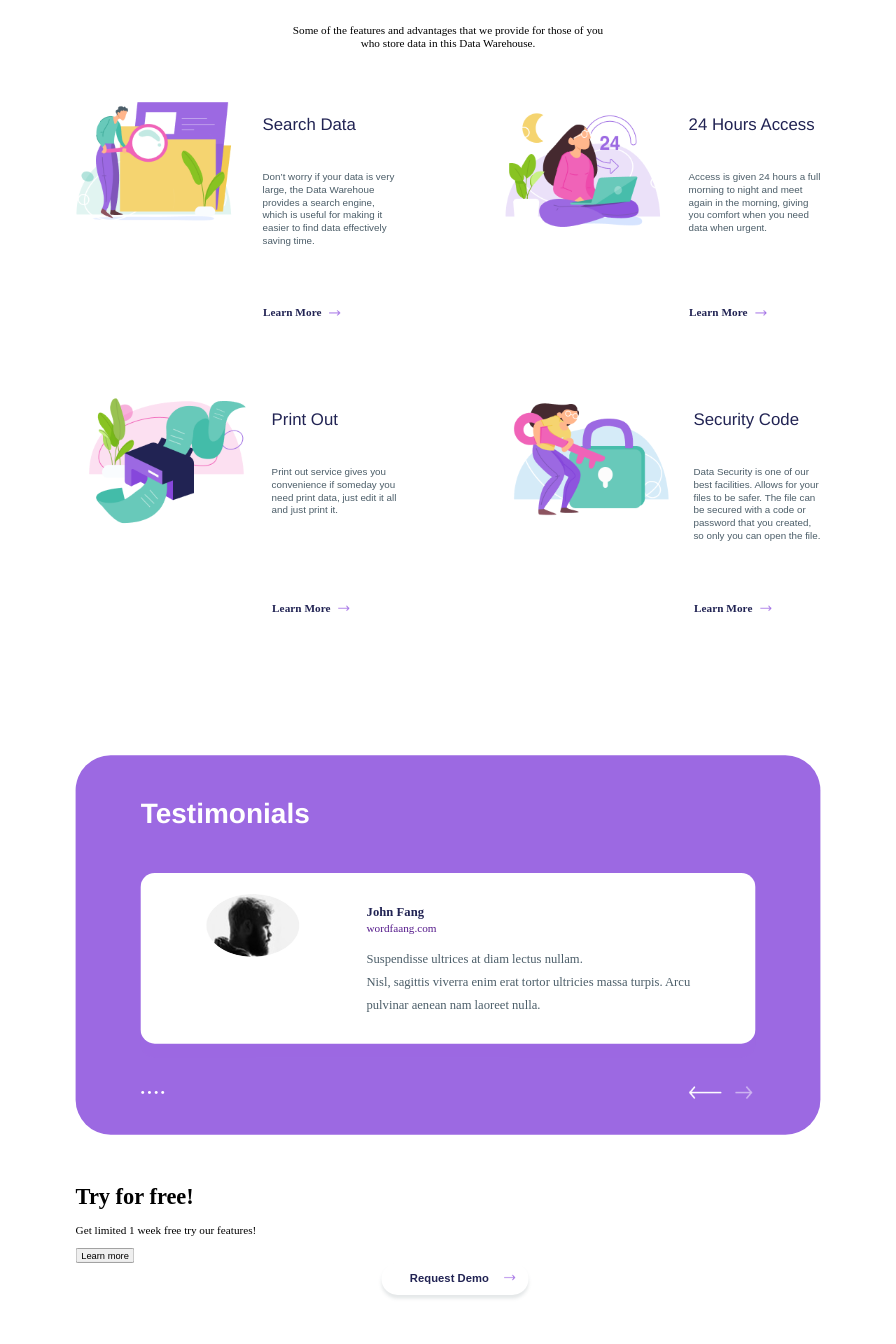
Repository: batonAnton/HW6_flexbox
Page: index.html
These files come from the project's save history. The page is drawn as it stood at one moment and after the next save; the edit follows.
The browser window is 1280 px wide. The pictures show the part of the page from y = 1420 to 3340 px (the page is 3340 px tall before and 3295 px after), at 70% of full size.
Some web fonts or font styles are not loaded; a fallback is used.

Above is the page before, as saved 2022-06-19 15:43:54.

After the next save:
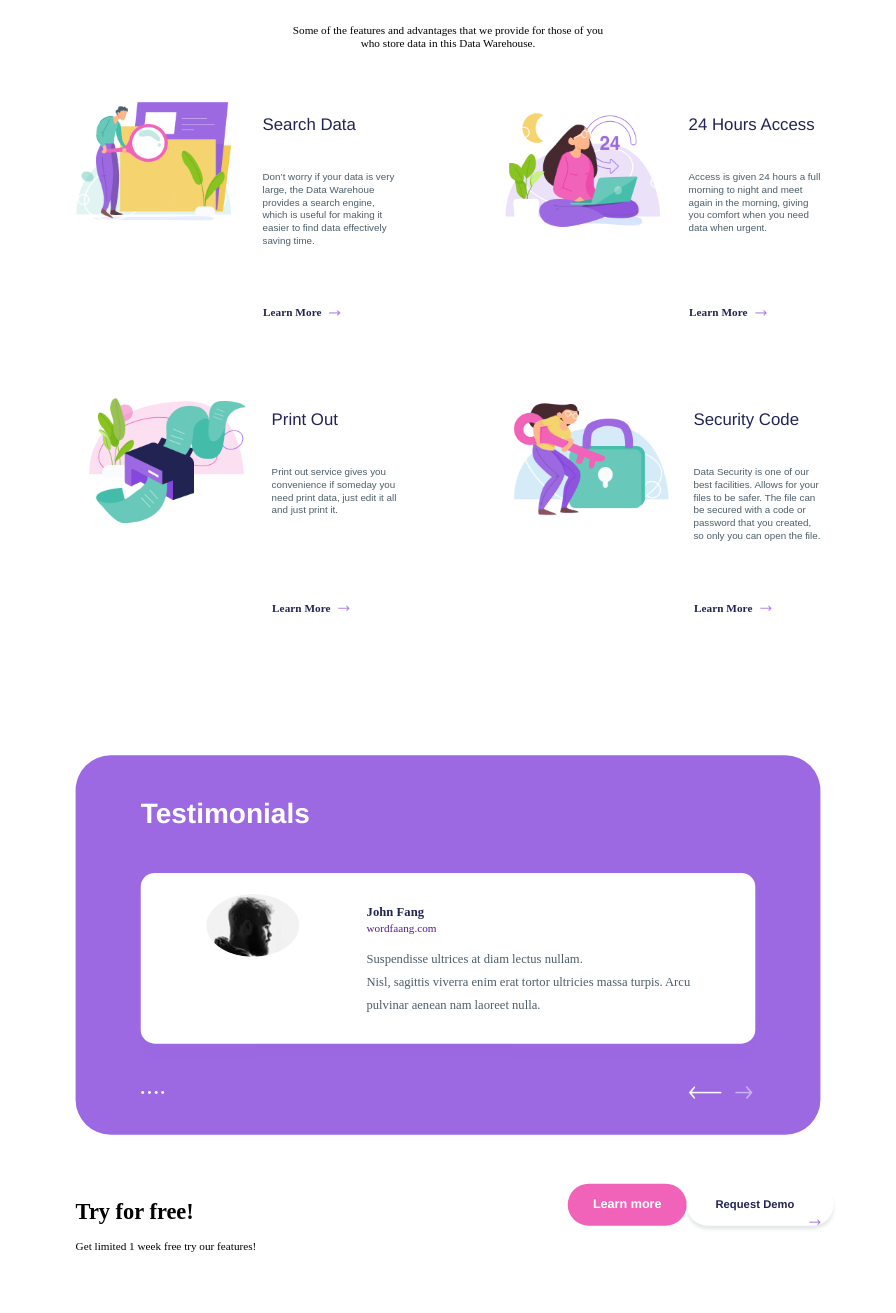
Saved 31 s later.
--- a/css/style.css
+++ b/css/style.css
@@ -294,3 +294,44 @@ h4{
   float: right;
   margin-top: -44px;
 }
+
+.forfree{
+  display: flex;
+  justify-content: space-between;
+}
+
+.forfree button{
+  font-family: 'Avenir', Helvetica, sans-serif;
+    font-style: normal;
+    font-weight: 700;
+    font-size: 18px;
+    line-height: 160%;
+    background-color: #F063B8;
+    border-radius: 50px;
+    color: #ffffff;
+    width: 170px;
+    height: 60px;
+    border: none;
+    cursor: pointer;
+    margin-left: ;
+}
+
+.forfree .header-btn button {
+  padding: 15px 30px 15px 15px;
+  text-transform: capitalize;
+  border: none;
+  border-radius: 50px;
+  background: #ffffff;
+  box-shadow: 0px 5px 5px rgb(75 93 104 / 15%);
+  width: 210px;
+  color: #212353;
+  font-size: 16px;
+  font-weight: 800;
+  line-height: 100%;
+  letter-spacing: 0.005em;
+}
+
+.btn-block{
+  display: flex;
+
+}
